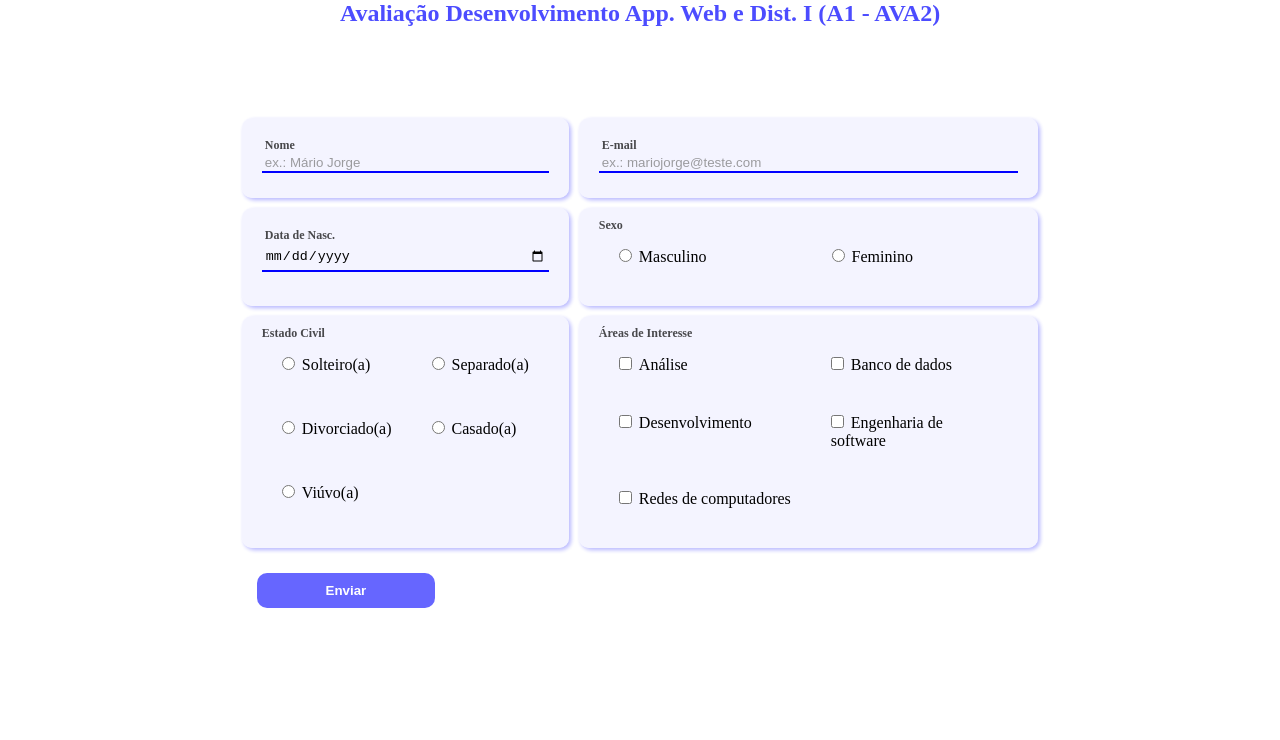
Repository: mjRibeiroTriscal/UVA_Projects
Page: Proj_A1_AVA2_2020_1/index.html
The author's editor kept a copy of each file at every save. The page is drawn from the files as they stood at one save, then again after the next save.
The browser window is 1280 px wide. The pictures show the whole page.

Above is the page before, as saved 2020-03-13 15:00:17.

### Proj_A1_AVA2_2020_1/index.html
<!--
*   @project     A1_AVA2_UVA_2020_1
*   @author      Mário Jorge (mariojgmaster@yahoo.com.br)
*   @Git         MJRibeiroTriscal (https://github.com/mjRibeiroTriscal)
-->

<html>

<head>
    <meta charset="UTF-8">
    <title>Tell Me About You</title>
    <!-- <link rel="icon" href="./favicon.png" sizes="16x16 32x32" type="image/png"> -->
    <script src="./script.js"></script>
    <link rel="stylesheet" href="./style.css" />
</head>

<body>
    <div id="container">

        <header style="position:fixed;top:0px;backgound-color:red;">

            <h2>Avaliação Desenvolvimento App. Web e Dist. I (A1 - AVA2)</h2>

        </header>

        <section>

            <form class="gridContainer" name="formUva" action="http://google.co">

                <div class="gridItem blockContainer">
                    <label for="nome" class="labelFirst">Nome</label>
                    <input id="nome" type="text" name="nome" placeholder="ex.: Mário Jorge" />
                </div>
                <div class="gridItem blockContainer">
                    <label for="email" class="labelFirst">E-mail</label>
                    <input id="email" type="text" name="email" placeholder="ex.: mariojorge@teste.com" />
                </div>

                <div class="gridItem blockContainer">
                    <label for="dataNasc" class="labelFirst">Data de Nasc.</label>
                    <input id="dataNasc" type="date" name="dataNasc" />
                </div>

                <div class="gridItem gridContainer blockContainer">
                    <h3 style="position:absolute;margin-top:-10px;">Sexo</h3>
                    <div class="gridItem">
                        <input id="masc" type="radio" name="sexo" />
                        <label for="masc">Masculino</label>
                    </div>
                    <div class="gridItem">
                        <input id="fem" type="radio" name="sexo" />
                        <label for="fem">Feminino</label>
                    </div>
                </div>

                <div class="gridItem gridContainer blockContainer">
                    <h3 style="position:absolute;margin-top:-10px;">Estado Civil</h3>
                    <div class="gridItem">
                        <input id="solteiro" type="radio" name="estCivil" />
                        <label for="solteiro">Solteiro(a)</label>
                    </div>
                    <div class="gridItem">
                        <input id="separado" type="radio" name="estCivil" />
                        <label for="separado">Separado(a)</label>
                    </div>
                    <div class="gridItem">
                        <input id="divorciado" type="radio" name="estCivil" />
                        <label for="divorciado">Divorciado(a)</label>
                    </div>
                    <div class="gridItem">
                        <input id="casado" type="radio" name="estCivil" />
                        <label for="casado">Casado(a)</label>
                    </div>
                    <div class="gridItem">
                        <input id="viuvo" type="radio" name="estCivil" />
                        <label for="viuvo">Viúvo(a)</label>
                    </div>
                </div>

                <div class="gridItem gridContainer blockContainer">
                    <h3 style="position:absolute;margin-top:-10px;">Áreas de Interesse</h3>
                    <div class="gridItem">
                        <input id="analise" type="checkbox" name="analise" />
                        <label for="analise">Análise</label>
                    </div>
                    <div class="gridItem">
                        <input id="bancoDados" type="checkbox" name="bancoDados" />
                        <label for="bancoDados">Banco de dados</label>
                    </div>
                    <div class="gridItem">
                        <input id="desenvolvimento" type="checkbox" name="desenvolvimento" />
                        <label for="desenvolvimento">Desenvolvimento</label>
                    </div>
                    <div class="gridItem">
                        <input id="engenhariaSoftware" type="checkbox" name="engenhariaSoftware" />
                        <label for="engenhariaSoftware">Engenharia de software</label>
                    </div>
                    <div class="gridItem">
                        <input id="redesComputadores" type="checkbox" name="redesComputadores" />
                        <label for="redesComputadores">Redes de computadores</label>
                    </div>
                </div>

                <div class="gridItem itemFlex">
                    <input type="submit" value="Enviar">
                </div>

            </form>

        </section>

        <footer>

        </footer>

</body>

</html>

### Proj_A1_AVA2_2020_1/script.js
/*
 *   @project     A1_AVA2_UVA_2020_1
 *   @author      Mário Jorge (mariojgmaster@yahoo.com.br)
 *   @Git         MJRibeiroTriscal (https://github.com/mjRibeiroTriscal)
 */

### Proj_A1_AVA2_2020_1/style.css
/*
 *   @project     A1_AVA2_UVA_2020_1
 *   @author      Mário Jorge (mariojgmaster@yahoo.com.br)
 *   @Git         MJRibeiroTriscal (https://github.com/mjRibeiroTriscal)
 */

* {
    margin: 0px;
    padding: 0px;
}

html,
body {
    width: 100%;
    height: 100%;
}

#container {
    padding: 10px;
    display: flex;
    align-items: center;
    justify-content: center;
    height: 100%;
}

header h2 {
    color: rgba(0, 0, 255, 0.7)
}

section {
    width: 80%;
    display: flex;
    align-items: center;
    justify-content: center;
}

section form.gridContainer {
    width: 80%;
}

label.labelFirst,
h3 {
    font-size: 12px;
    font-weight: 700;
    opacity: 0.7;
}

label {
    margin-left: 3px;
}

input {
    border: none;
    outline: none;
    box-shadow: 0;
}

input[type=text],
input[type=date] {
    width: 100%;
    height: 50%;
    padding: 5px 3px 3px 3px;
    border-bottom: 2px solid Blue;
    background: none;
}

input[type=text]::placeholder,
input[type=date]::placeholder {
    opacity: 0.7;
}

input[type=submit] {
    width: 60%;
    height: 100%;
    padding: 10px;
    color: #FFF;
    font-weight: bold;
    background-color: rgba(0, 0, 255, 0.6);
    border-radius: 10px;
}

input[type=submit]:active {
    background-color: rgba(0, 0, 255, 0.8);
}

.gridContainer {
    display: grid;
    /* border: 1px solid red; */
    grid-template-columns: auto auto;
}

.gridItem {
    padding: 20px;
}

.blockContainer {
    margin: 5px;
    border-radius: 10px;
    background-color: rgba(240, 240, 255, 0.7);
    box-shadow: 2px 2px 4px rgba(0, 0, 255, 0.1), 2px 2px 4px rgba(0, 0, 255, 0.2);
}

After the next save:
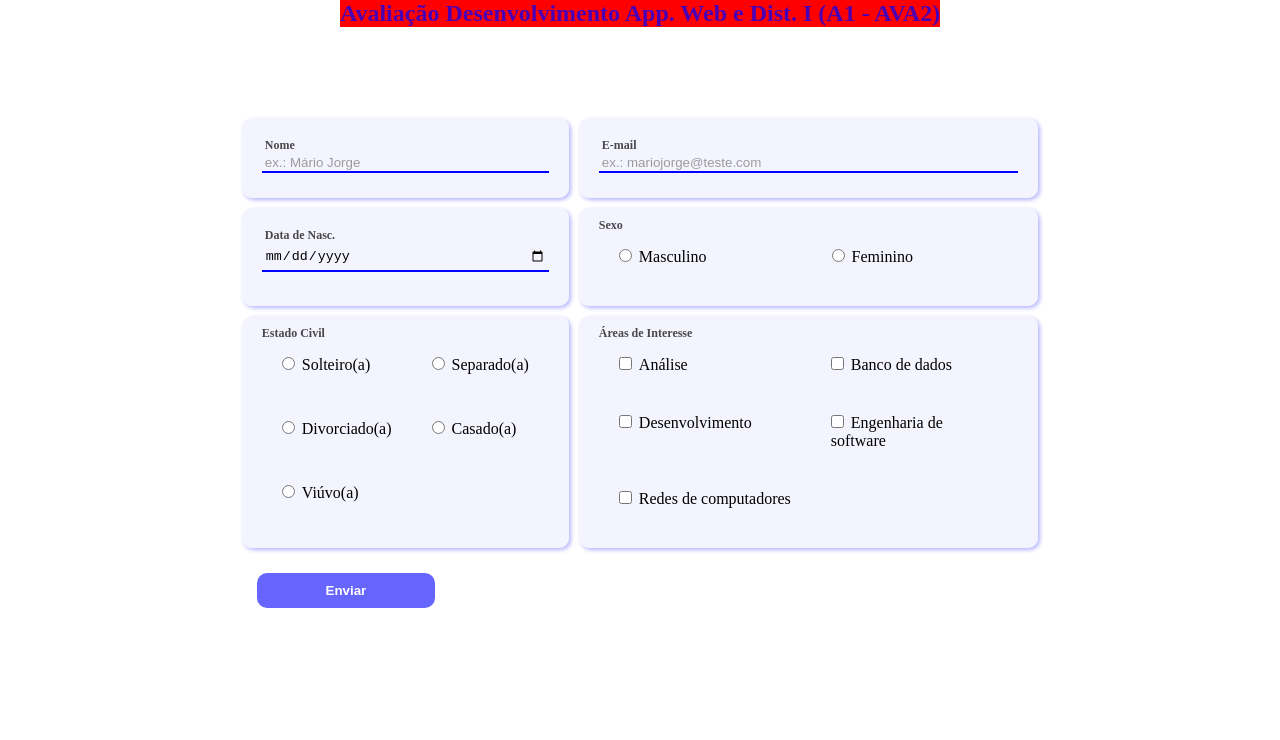
Saved 19 s later.
--- a/Proj_A1_AVA2_2020_1/index.html
+++ b/Proj_A1_AVA2_2020_1/index.html
@@ -17,7 +17,7 @@
 <body>
     <div id="container">
 
-        <header style="position:fixed;top:0px;backgound-color:red;">
+        <header style="position:fixed;top:0px;background-color:red;">
 
             <h2>Avaliação Desenvolvimento App. Web e Dist. I (A1 - AVA2)</h2>
 
